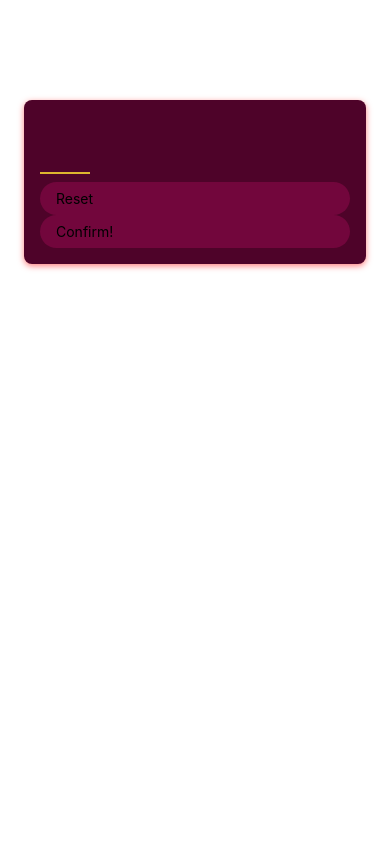
Repository: SyLe-Van/Number-Guessing-Game
Screen: /
These files come from the project's save history. The screen is drawn as it stood at one moment and after the next save; the edit follows.
The app was drawn by React Native's web renderer in a window 390 px wide. The project was rebuilt for these pictures with package versions that can differ from the ones it lists, and the page was loaded fresh each time.

Above is the screen before, as saved 2024-02-02 00:18:34.

### App.js
import { StyleSheet } from "react-native";

import StartGameScreen from "./screens/StartGameScreen";
export default function App() {
  return <StartGameScreen />;
}

const styles = StyleSheet.create({});

### screens/StartGameScreen.js
import { TextInput, View, StyleSheet } from "react-native";
import PrimaryButton from "../components/PrimaryButton";
function StartGameScreen() {
  return (
    <View style={styles.inputContainer}>
      <TextInput
        style={styles.numberInput}
        maxLength={2}
        keyboardType={"number-pad"}
        autoCapitalize="none"
        autoCorrect={false}
      />
      <PrimaryButton>Reset</PrimaryButton>
      <PrimaryButton>Confirm!</PrimaryButton>
    </View>
  );
}
const styles = StyleSheet.create({
  inputContainer: {
    padding: 16,
    marginTop: 100,
    marginHorizontal: 24,
    backgroundColor: "#4e0329",
    borderRadius: 8,
    shadowColor: "red",
    shadowOffset: { width: 0, height: 2 },
    shadowRadius: 6,
    shadowOpacity: 0.5,
  },
  numberInput: {
    height: 50,
    width: 50,
    fontSize: 30,
    borderBottomColor: "#ddb52f",
    borderBottomWidth: 2,
    color: "#ddb52f",
    marginVertical: 8,
    fontWeight: "bold",
    textAlign: "center",
  },
});
export default StartGameScreen;

### components/PrimaryButton.js
import { View, Text, Pressable, StyleSheet } from "react-native";
function PrimaryButton({ children }) {
  function pressHandler() {
    console.log("Pressed");
  }
  return (
    <Pressable onPress={pressHandler}>
      <View style={styles.container}>
        <Text>{children}</Text>
      </View>
    </Pressable>
  );
}
const styles = StyleSheet.create({
  container: {
    backgroundColor: "#72063c",
    borderRadius: 25,
    paddingVertical: 8,
    paddingHorizontal: 16,
  },
});
export default PrimaryButton;

After the next save:
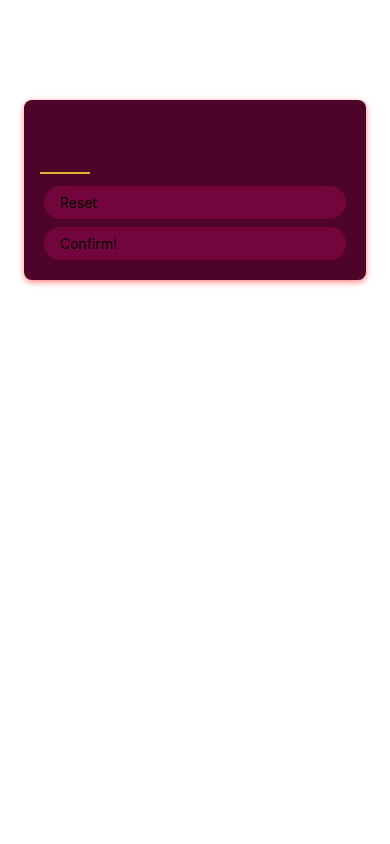
Saved 43 s later.
--- a/components/PrimaryButton.js
+++ b/components/PrimaryButton.js
@@ -17,6 +17,7 @@ const styles = StyleSheet.create({
     borderRadius: 25,
     paddingVertical: 8,
     paddingHorizontal: 16,
+    margin: 4,
   },
 });
 export default PrimaryButton;
